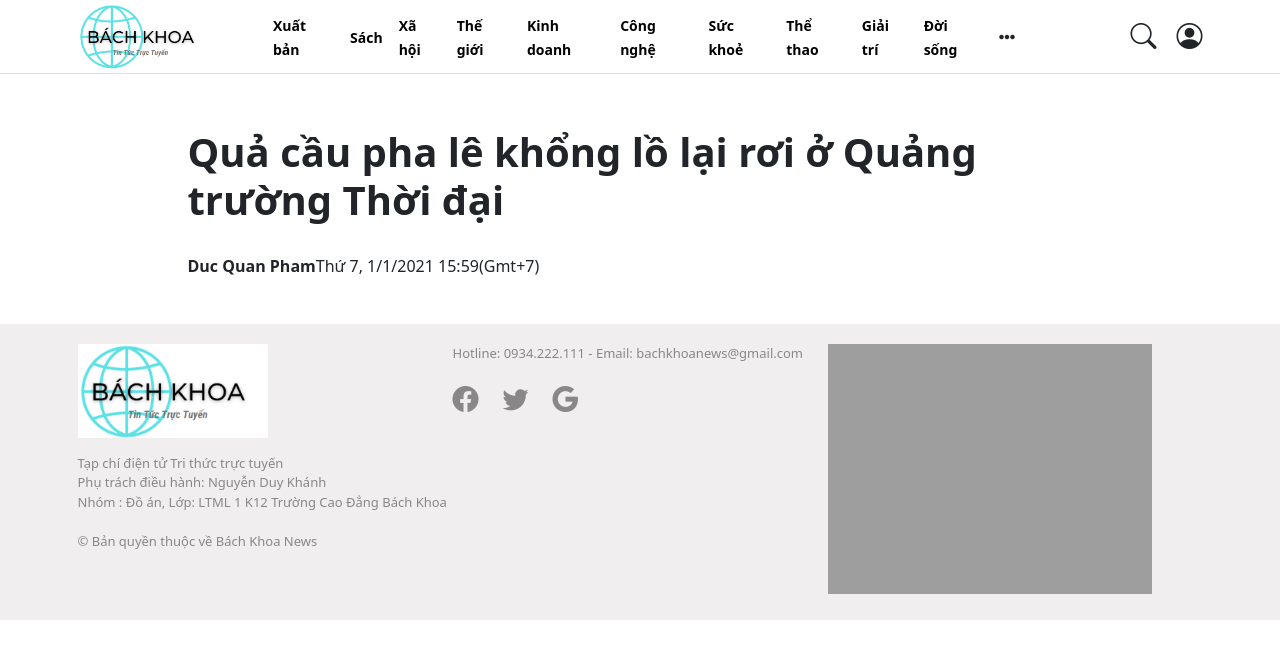
Repository: khanh2324/Java_Web
Page: WebContent/home-new/index.html
An editor plug-in stored every save of this project. The page is shown before and after the next save, followed by the edit.
The browser window is 1280 px wide. The pictures show the whole page.
Pictures or frames that could not be fetched are drawn as grey boxes. Some web libraries are served in a nearby version.

Above is the page before, as saved 2022-01-01 16:04:33.

After the next save:
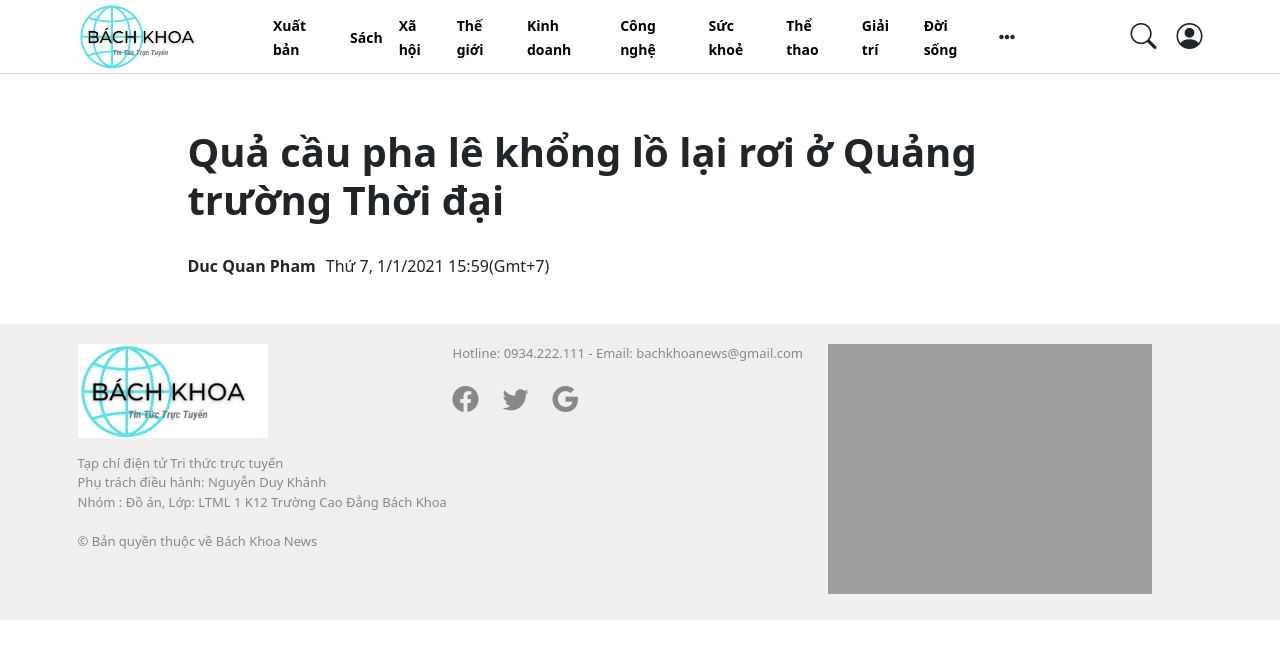
Saved 20 s later.
--- a/WebContent/home-new/index.html
+++ b/WebContent/home-new/index.html
@@ -402,7 +402,7 @@
                 <h1 class="title">Quả cầu pha lê khổng lồ lại rơi ở Quảng trường Thời đại</h1>
                 <div class="d-flex mt-5">
                     <p class="category-title_name"><strong>Duc Quan Pham</strong></p>
-                    <p class="category-title_time ml-2">Thứ 7, 1/1/2021 15:59(Gmt+7)</p>
+                    <p class="category-title_time ms-3">Thứ 7, 1/1/2021 15:59(Gmt+7)</p>
                 </div>
                 <div class="content-hot d-flex mt-xxl-5">
 
